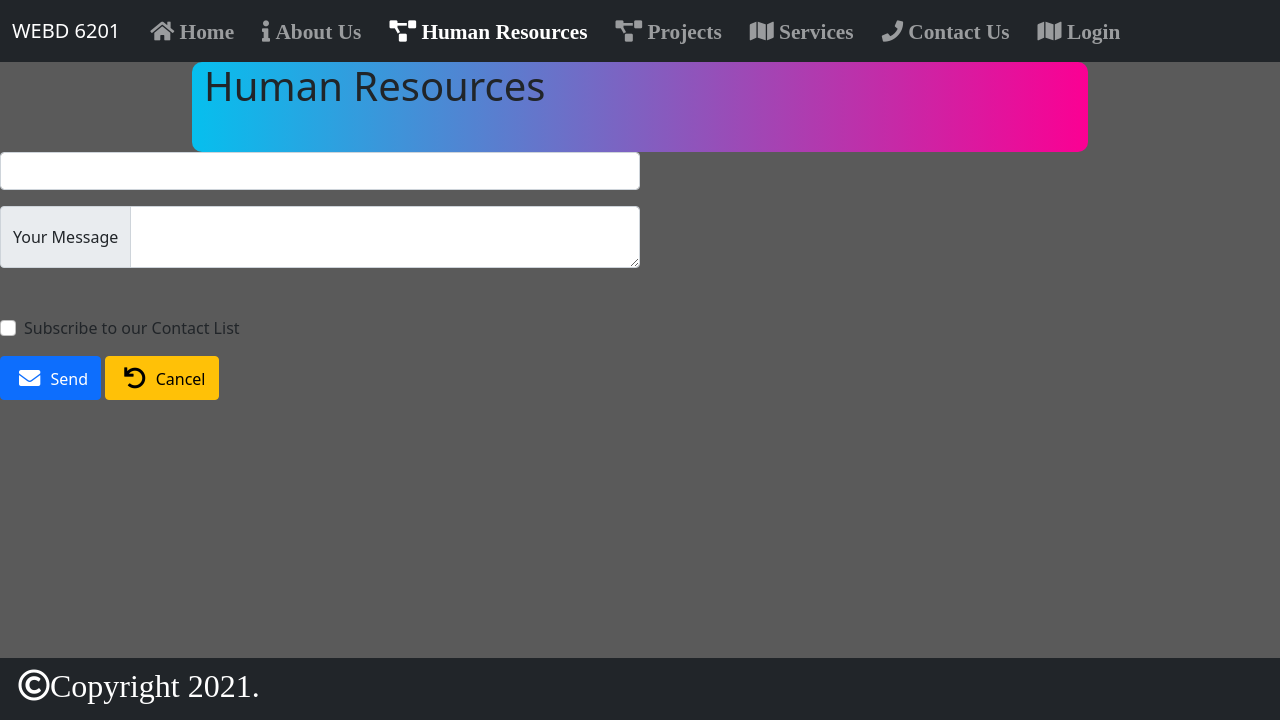
Repository: vans12345678/WEBD6201-W2021-Lab2
Page: human-resources.html
An editor plug-in stored every save of this project. The page is shown before and after the next save, followed by the edit.
The browser window is 1280 px wide. The pictures show the whole page.

Above is the page before, as saved 2021-03-06 18:42:06.

### human-resources.html
<!--human-resources.html
Name: Andre Agrippa, Michai Pryce
Date: 02/05/2021
-->
<!DOCTYPE html>
<html lang="en">
<head>
    <meta charset="UTF-8">
    <meta name="viewport" content="width=device-width, initial-scale=1.0">
    <title>Human Resources</title>

    <!-- CSS Section -->
    <link rel="stylesheet" href="./node_modules/bootstrap/dist/css/bootstrap.min.css">
    <link rel="stylesheet" href="./node_modules/@fortawesome/fontawesome-free/css/all.min.css">
    <link rel="stylesheet" href="./Content/app.css">
</head>
<body>
  <!-- Main Header -->
    <header>
      <!-- Main Navigation -->
        <nav class="navbar navbar-expand-lg navbar-dark bg-dark">
            <div class="container-fluid">
              <a id ="navHome" class="navbar-brand" href="index.html"></a>
              <button class="navbar-toggler" type="button" data-bs-toggle="collapse" data-bs-target="#navbarSupportedContent" aria-controls="navbarSupportedContent" aria-expanded="false" aria-label="Toggle navigation">
                <span class="navbar-toggler-icon"></span>
              </button>
              <div class="collapse navbar-collapse" id="navbarSupportedContent">
                <ul id = "ulNav" class="navbar-nav me-auto mb-2 mb-lg-0">
                  <li class="nav-item">
                    <a  class="nav-link" aria-current="page" href="index.html"><i id ="navIndex"class = "fas fa-home fa-lg"></i></a>
                  </li>
                  <li class="nav-item" id ="navAbout">
                    <a  class="nav-link " aria-current="page" href="about.html"><i id ="navAboutItem"class = "fas fa-info fa-lg"></i></a>
                  </li>
                  <li class="nav-item">
                    <a  class="nav-link" aria-current="page" href="projects.html"><i id ="navProjects" class ="fas fa-project-diagram fa-lg">Products</i></a>
                  </li>
                  <li class="nav-item">
                    <a  class="nav-link" aria-current="page" href="services.html"><i id ="navServices"class = "fas fa-map fa-lg"></i></a>
                  </li>
                  <li class="nav-item">
                    <a  class="nav-link " aria-current="page" href="contact.html"><i id ="navContact"class = "fas fa-phone fa-lg"></i></a>
                  </li>
                  <li class="nav-item" id="liLogin">
                    <a  class="nav-link " aria-current="page" href="login.html"><i  id ="navLogin" class = "fas fa-map fa-lg"></i></a>
                  </li>
                </ul>
              </div>
            </div>
          </nav>
    </header>
  <!-- Main Contents -->
    <main>
        <h1 class = "container">Human Resources</h1>
        <form class="col-lg-6 col-md-10 col-sm-10">


          <div class="input-group mb-3">
            <input id="contactNumber" type="tel" class="form-control" aria-label="Contact Number" aria-describedby="Contact Number Input"
            name="contactNumber" required>
          </div>


          <div class="input-group mb-3">
            <span class="input-group-text">Your Message</span>
            <textarea id="message" class="form-control" aria-label="With textarea" required></textarea>
          </div>

        <div class = "form-check mt-5 mb-3">
          <!-- <span class="input-group-text" id="inputGroup-sizing-default">Subscribe</span> -->
          <input id="subscribeCheckBox" name="subscribeCheckBox"class="form-check-input" type="checkbox" value="">
          <label class="form-check-label" for="flexCheckChecked"> Subscribe to our Contact List</label>
        </div>

          <button id="sendButton" type="submit" class="btn btn-primary"><i class="fas fa-envelope fa-lg"></i> Send</button>
          <button id="cancelButton" type="reset" class="btn btn-warning"><i class="fas fa-undo fa-lg"></i> Cancel</button>
        </form>
    </main>
    <!-- Main Footer -->
    <footer>
      <nav class="navbar fixed-bottom navbar-dark bg-dark">
          <div class="container-fluid">
              <h4><i id = "footer"class="far fa-copyright fa-lg site-footer"></i></h4>
          </div>
        </nav>
  </footer>
    <!-- Script Section -->
    <script src="./node_modules/jquery/dist/jquery.min.js"></script>
    <script src="./node_modules/bootstrap/dist/js/bootstrap.bundle.min.js"></script>
    <script src="./Scripts/namespace.js"></script>
    <script src="./Scripts/user.js"></script>
    <script src="./Scripts/app.js"></script>
</body>
</html>

### Content/app.css
/* custom css goes here */
.Vapor {
    background-image: url('../images/vapor.jpg');
    background-repeat: no-repeat;
    background-attachment: fixed;
    background-size: 100% 100%;
  }
  a {
    color: greenyellow;
  }
  .textFont
  {
    font-family: Arial, Helvetica, sans-serif;
    line-height: 32px;
  }
  body
  {
    background-color: rgb(90, 90, 90);
  }
  h1.container{
    border-radius: 10px;
    width: 70%;
    height: 90px;
    margin: 0px auto;
    background: linear-gradient(90deg,#06bfee,#fb0093)
  }
  h1.projects{
    background-color: white;
  }
  .contact-table{
    width: 100%;
    margin:  50px auto;
    background-color: white;
  }
  .contact-form
  {
    width: 100%;
    margin:  100px auto;
  }
  .warnMessage
  {
    width: 90%;
    margin:  50px;
  }
  .site-footer {
    color:white;
  }
  .formMargin
  {
    margin: 35px 70px;
  }
  .inputMargin
  {
    margin: 5px 10px;
  }
  .formBackground
  {
    background-color: rgba(20, 174, 235, 0.822);
    border: 5px solid rgb(0, 238, 255);

  }
  i{
    margin:7px 6px;
  }

### Scripts/namespace.js
//Namespace core
let core;

### Scripts/user.js
"use strict";
// User Class

((core)=>
{
  class User {
    // getters and setters
    get DisplayName()
    {
      return this.m_displayName;
    }

    set DisplayName(value)
    {
      this.m_displayName = value;
    }

    get EmailAddress()
    {
      return this.m_emailAddress;
    }

    set EmailAddress(value)
    {
      this.m_emailAddress = value;
    }

    get Username()
    {
      return this.m_username;
    }

    set Username(value)
    {
      this.m_username = value;
    }
    get Password()
    {
      return this.m_password;
    }

    set Password(value)
    {
      this.m_password = value;
    }

    // constructor
    /**
     * Creates an instance of user
     * @param {string} displayName
     * @param {string} emailAddress
     * @param {string} username
     * @param {string} password
     */
    constructor(displayName = "", emailAddress = "", username = "", password = "")
    {
      this.DisplayName = displayName;
      this.EmailAddress = emailAddress;
      this.Username = username;
      this.Password = password;

    }

    // methods

    /**
     * This method overrides the built-in toString method for the User class
     *
     * @returns {string}
     */
    toString()
    {
      return `Display Name     : ${this.DisplayName}\nEmail Address : ${this.EmailAddress}\nUser Name : ${this.Username}`;
    }

    /**
     * This method returns a JSON object made up of the properties of the User class
     *
     * @returns {Object}
     */
    toJSON()
    {
      return {
        "DisplayName": this.DisplayName,
        "EmailAddress": this.EmailAddress,
        "Username":this.Username
      }
    }

    /**
     * This method takes a JSON data object and assigns the value to the User class properties
     *
     * @param {Object} data
     */
    fromJSON(data)
    {
      this.DisplayName = data.DisplayName;
      this.EmailAddress = data.EmailAddress;
      this.Username = data.Username;
      this.Password = data.Password;
    }

    /**
     * This method converts the User into a comma-separated value string
     *
     * @returns {string}
     */
    serialize()
    {
      if(this.DisplayName !== "" && this.EmailAddress !== "" && this.Username !== "")
      {
        return `${this.DisplayName},${this.EmailAddress},${this.Username}`;
      }
      else
      {
        console.error("One or more properties of the User is empty");
        return null;
      }
    }

    /**
     * This method takes a comma-separated data string and assigns the values to the User class properties
     *
     * @param {string} data
     * @return {void}
     */
    deserialize(data)
    {
      let propertyArray = data.split(",");
      this.DisplayName = propertyArray[0];
      this.EmailAddress = propertyArray[1];
      this.Username = propertyArray[2];
    }
  }

  core.User = User;

})(core || (core={}));

Loaded but not shown: node_modules/bootstrap/dist/css/bootstrap.min.css (library); node_modules/@fortawesome/fontawesome-free/css/all.min.css (library); node_modules/jquery/dist/jquery.min.js (library); node_modules/bootstrap/dist/js/bootstrap.bundle.min.js (library); Scripts/app.js (639 lines, source omitted)

After the next save:
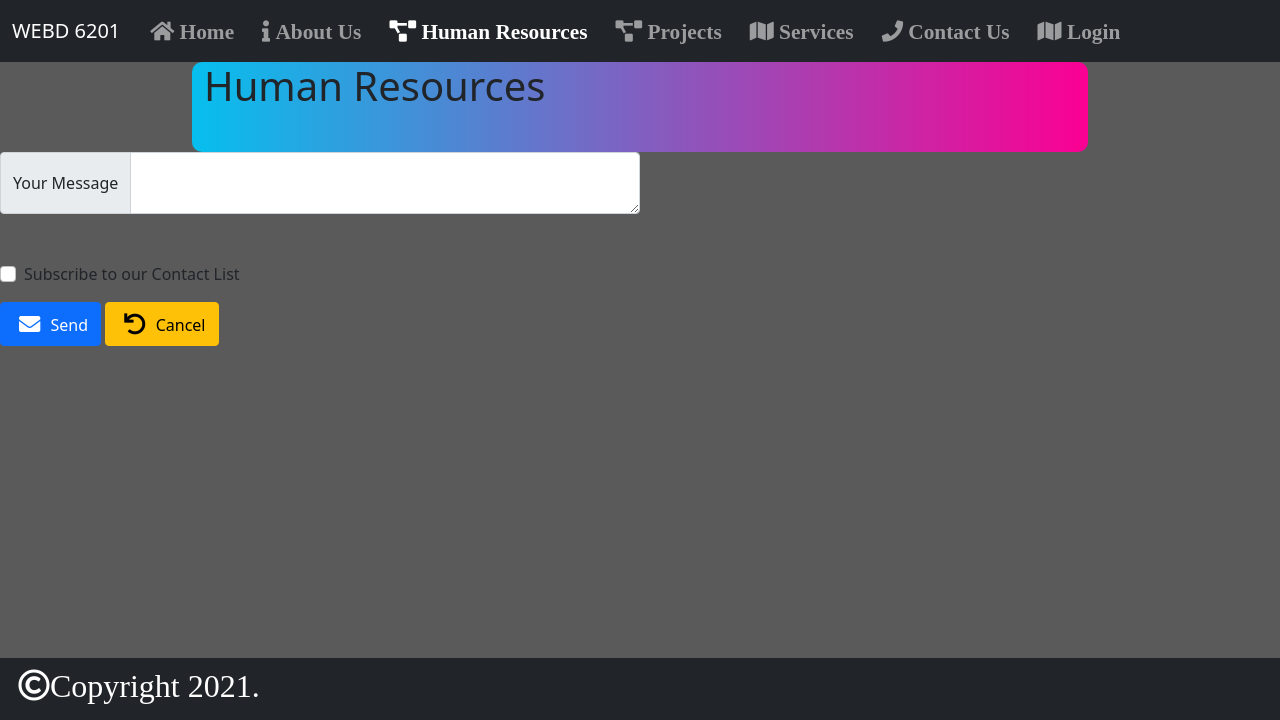
Saved 16 s later.
--- a/human-resources.html
+++ b/human-resources.html
@@ -54,13 +54,6 @@ Date: 02/05/2021
         <h1 class = "container">Human Resources</h1>
         <form class="col-lg-6 col-md-10 col-sm-10">
 
-
-          <div class="input-group mb-3">
-            <input id="contactNumber" type="tel" class="form-control" aria-label="Contact Number" aria-describedby="Contact Number Input"
-            name="contactNumber" required>
-          </div>
-
-
           <div class="input-group mb-3">
             <span class="input-group-text">Your Message</span>
             <textarea id="message" class="form-control" aria-label="With textarea" required></textarea>
